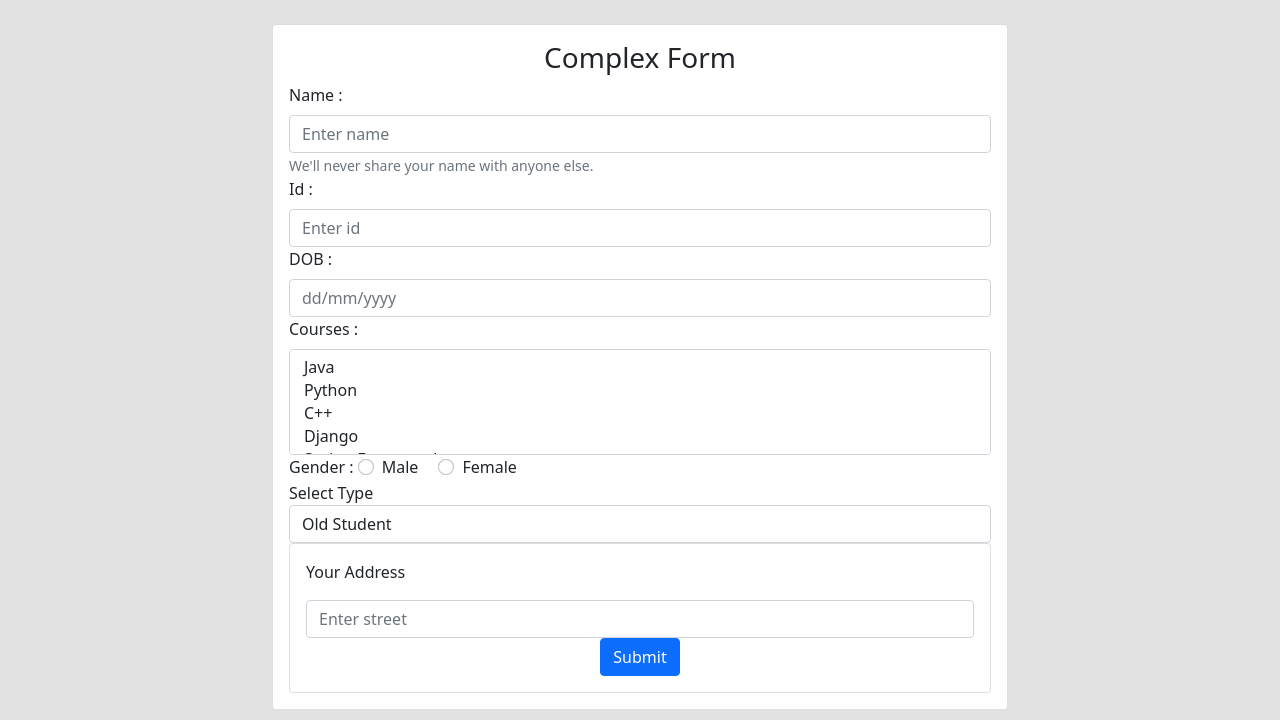
Repository: urvashimalviya/crudDemo
Page: http://localhost/SearchProject/WEB-INF/views/complex_form.jsp
These files come from the project's save history. The page is drawn as it stood at one moment and after the next save; the edit follows.
The browser window is 1280 px wide. The pictures show the whole page.
The page is served by Tomcat 9. Nobody is signed in. The template is opened directly, without the code that normally fills it, so the values that code supplies are empty.

Above is the page before, as saved 2021-08-18 10:00:53.

After the next save:
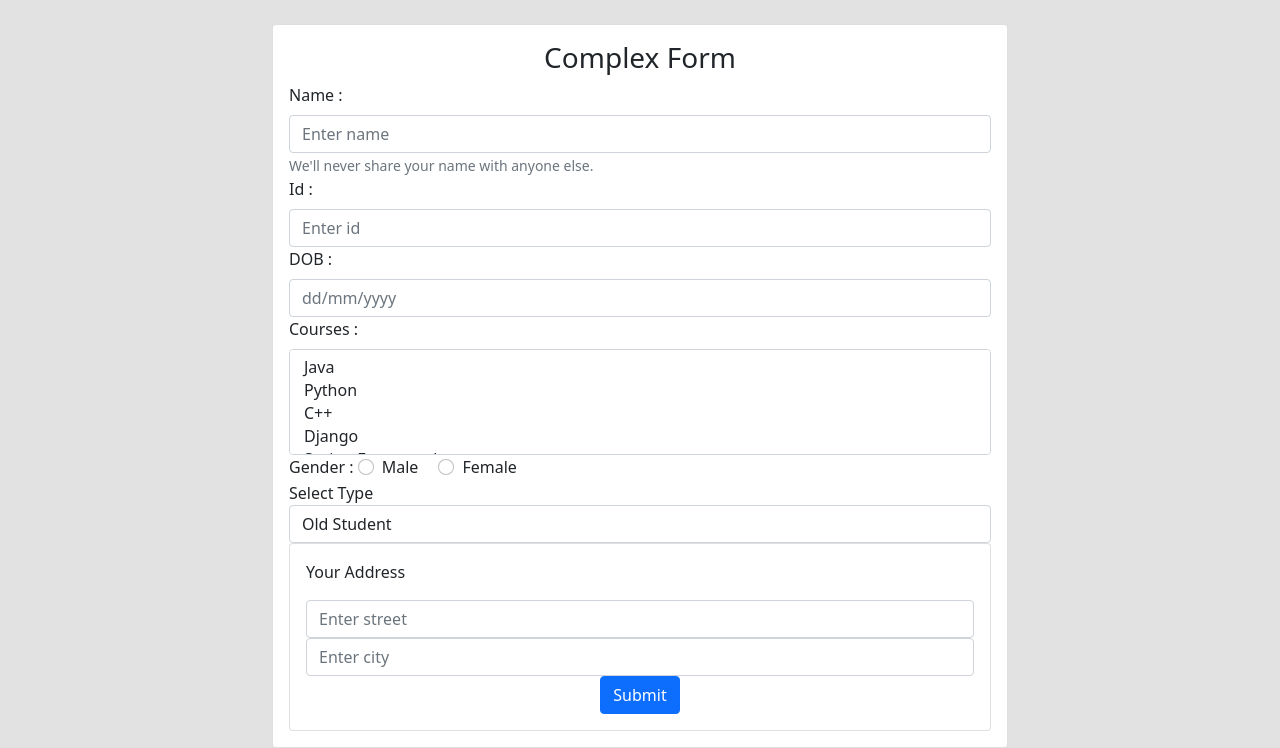
Saved 87 s later.
--- a/SearchProject/src/main/webapp/WEB-INF/views/complex_form.jsp
+++ b/SearchProject/src/main/webapp/WEB-INF/views/complex_form.jsp
@@ -94,6 +94,10 @@
 								<input type="text" class="form-control"
 								name="address.street" placeholder="Enter street" />
 
+									<input type="text" class="form-control"
+								name="address.street" placeholder="Enter city" />
+
+
 							</div>
 
 							<div class="container text-center">
